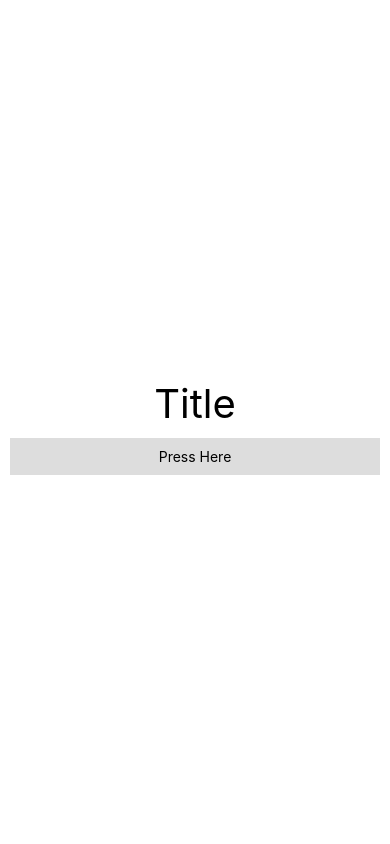
Repository: gatortim50/MyProducts
Screen: /
An editor plug-in stored every save of this project. The screen is shown before and after the next save, followed by the edit.
The page's requests for data from a server got no answer. The app was drawn by React Native's web renderer in a window 390 px wide. The project was rebuilt for these pictures with package versions that can differ from the ones it lists, and the page was loaded fresh each time. No one was signed in, and anything a server would have sent is missing.

Above is the screen before, as saved 2022-12-20 20:54:26.

### index.js
import React from 'react';
import { AppRegistry } from 'react-native';
import App from './src/App';
import { name as appName } from './app.json';
import { store } from './src/store';
import { Provider } from 'react-redux';
import { ApiProvider } from '@reduxjs/toolkit/query/react';
import {productsApi} from './src/features/apiSlice';


AppRegistry.registerComponent(appName, () => () => (
  <React.StrictMode>
    <Provider store={store}>
      <ApiProvider api={productsApi}>
        <App />
      </ApiProvider>
    </Provider>
  </React.StrictMode>
));

### src/App.tsx
import React, { useState } from "react";
import { StyleSheet, Text, TouchableOpacity, View } from "react-native";
import {
  useGetAllProductsQuery,
  useGetProductQuery,
} from './features/apiSlice';

const App = () => {
  const [count, setCount] = useState(0);
  const { data: allProductsData, error, isError, isLoading, } = useGetAllProductsQuery();
  const { data: singleProductData } = useGetProductQuery('iphone');
  console.log('!!',  error, isError, isLoading);

  const onPress = () => {
    setCount(prevCount => prevCount + 1);
    console.log('count:', count);
  }

  const Card = ({ title, showButton }) => (
    <View>
      <Text style={{ fontSize: 40 }}>{title}</Text>
      {showButton &&
        <TouchableOpacity
        style={styles.button}
        onPress={onPress}
        >
        <Text>Press Here</Text>
      </TouchableOpacity>
      }
    </View>
  )

  return (
    <View style={styles.container}>
      <View style={styles.countContainer}>
        <Card title="Title" showButton={false} />
      </View>
      <TouchableOpacity
        style={styles.button}
        onPress={onPress}
      >
        <Text>Press Here</Text>
      </TouchableOpacity>
    </View>
  );
};

const styles = StyleSheet.create({
  container: {
    flex: 1,
    justifyContent: "center",
    paddingHorizontal: 10
  },
  button: {
    alignItems: "center",
    backgroundColor: "#DDDDDD",
    padding: 10
  },
  countContainer: {
    alignItems: "center",
    padding: 10
  }
});

export default App;

### app.json
{
  "name": "MyUsersApp",
  "displayName": "MyUsersApp"
}

### src/store.ts
import { configureStore, createSlice, PayloadAction } from "@reduxjs/toolkit";
import { productsApi } from "./features/apiSlice";
export const store = configureStore({
  reducer: {
    [productsApi.reducerPath]: productsApi.reducer,
  },
  middleware: (getDefaultMiddleware) =>
  getDefaultMiddleware().concat(productsApi.middleware),
});

### src/features/apiSlice.js
/* React-specific entry point that automatically generates
hooks corresponding to the defined endpoints */
import { createApi, fetchBaseQuery } from '@reduxjs/toolkit/query/react';

export const productsApi = createApi({
  reducerPath: "productsApi",
  baseQuery: fetchBaseQuery({baseUrl: "https://dummyjson.com/"}),
  endpoints: (builder) => ({
    getAllProducts: builder.query({
      query: () => "products",
    }),
    getProduct: builder.query({
      query: (product) => `products/search/q=${product}`,
    }),
  }),
});

export const { useGetAllProductsQuery, useGetProductQuery } = productsApi;

After the next save:
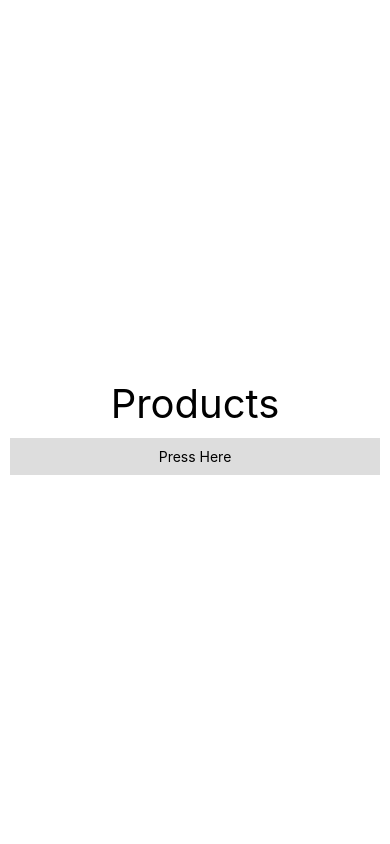
Saved 2 min 19 s later.
--- a/src/App.tsx
+++ b/src/App.tsx
@@ -33,7 +33,7 @@ const App = () => {
   return (
     <View style={styles.container}>
       <View style={styles.countContainer}>
-        <Card title="Title" showButton={false} />
+        <Card title="Products" showButton={false} />
       </View>
       <TouchableOpacity
         style={styles.button}
